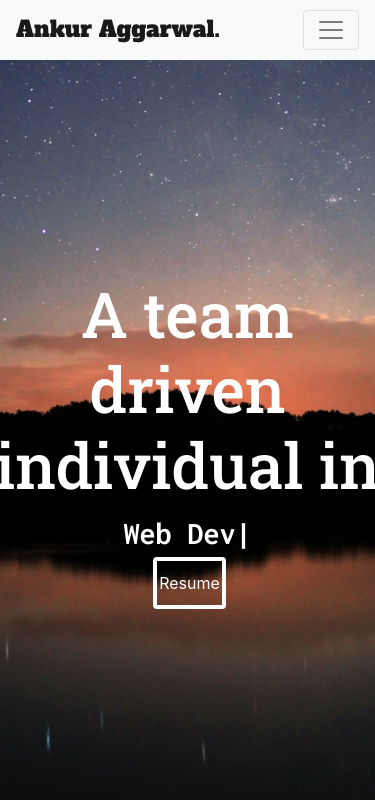
Repository: AnkurDevv/PersonalWebsite
Page: index.html
The author's editor kept a copy of each file at every save. The page is drawn from the files as they stood at one save, then again after the next save.
The browser window is 375 px wide. The pictures show the whole page.
Some web fonts or font styles are not loaded; a fallback is used.

Above is the page before, as saved 2020-09-13 15:10:01.

### index.html
<!DOCTYPE html>
<html>

<head>
  <meta charset="utf-8">
  <meta http-equiv="X-UA-Compatible" content="IE=edge">
  <title>Ankur Aggarwal</title>
  <meta name="description" content="">
  <meta name="viewport" content="width=device-width, initial-scale=1">
  <!-- Importing Bootstrap here -->
  <link rel="stylesheet" href="https://stackpath.bootstrapcdn.com/bootstrap/4.4.1/css/bootstrap.min.css"
    integrity="sha384-Vkoo8x4CGsO3+Hhxv8T/Q5PaXtkKtu6ug5TOeNV6gBiFeWPGFN9MuhOf23Q9Ifjh" crossorigin="anonymous">
  <!--CUSTOM CSS FOR THE PAGE  -->
  <link rel="stylesheet" href="./style/index.css">
  <!-- FOR COOL ANIMATION EFFECTS -->
  <link rel="stylesheet" href="./style/animate.css">
  <!-- FOR COOL TYPING EFFECTS -->
  <script src="https://cdn.jsdelivr.net/npm/typed.js@2.0.11"></script>
  <!-- FOR GOOGLE FONTS - START -->
  <!-- for main heading -->
  <link
    href="https://fonts.googleapis.com/css2?family=Merienda:wght@700&family=Pacifico&family=Roboto&family=Roboto+Slab:wght@500&display=swap"
    rel="stylesheet">
  <!-- For Sub heading -->
  <link
    href="https://fonts.googleapis.com/css2?family=Inconsolata:wght@700&family=Merienda:wght@700&family=Pacifico&family=Roboto&family=Roboto+Slab:wght@500&display=swap"
    rel="stylesheet">
  <!-- For Navbar Logo -->
  <link href="https://fonts.googleapis.com/css2?family=Alfa+Slab+One&display=swap" rel="stylesheet">
  <!-- FOR GOOGLE FONTS - END -->
</head>

<body>
  <header>
    <nav class="navbar navbar-expand-lg navbar-light bg-light">
      <a class="navbar-brand" id="Brand-logo">Ankur Aggarwal.</a>
      <button class="navbar-toggler" type="button" data-toggle="collapse" data-target="#navbarNav"
        aria-controls="navbarNav" aria-expanded="false" aria-label="Toggle navigation">
        <span class="navbar-toggler-icon"></span>
      </button>
      <div class="collapse navbar-collapse" id="navbarNav">
        <ul class="navbar-nav">
          <li class="nav-item active">
            <a class="nav-link" href="#">Home</a>
          </li>
          <li class="nav-item active">
            <a class="nav-link" href="#">About</a>
          </li>
          <!-- <li class="nav-item active">
            <a class="nav-link" href="#">Why Me?</a>
          </li> -->
          <li class="nav-item active">
            <a class="nav-link" href="#">Skills</a>
          </li>
          <li class="nav-item active">
            <a class="nav-link" href="#">Projects</a>
          </li>
          <li class="nav-item active">
            <a class="nav-link" href="#">Contact</a>
          </li>
        </ul>
      </div>
    </nav>


    <!-- FIRST IMPRESSION SECTION - START -->
    <section class="first-impression-section">
      <div class="row first-impression-row">
        <h1 class="text-center animated fadeInDown" id="MainNameHeading">A team driven individual in
        </h1>
      </div>
      <div class="row">
        <h3 id="MainSubHeading">
          <span id="typed" style="white-space:pre;"></span>
          <!-- <span class="typed-cursor typed-cursor--blink">|</span> -->
        </h3>
      </div>
      <div class="row" id="ResumeDiv">
        <form action="https://drive.google.com/file/d/129eEq26ATzqey1-hpHnRXs40bzbBVkSX/view?usp=sharing"
          class="ml-auto mr-auto">
          <button type="submit" class="btn btn-primary" id="ResumeBtn">Resume</button>
        </form>
      </div>
    </section>
    <!-- FIRST IMPRESSION SECTION - END -->


  </header>

  <script>
    // JS FOR COOL TYPING EFFECT USING TYPE.JS -  START
    var options = {
      strings: ['Web Development.', 'Software Engineering.', 'Product Development.'],
      typeSpeed: 100,
      loop: true,
      backDelay: 800,
      backSpeed: 80,
      startDelay: 1000,
    };
    var typed = new Typed('#typed', options);
// JS FOR COOL TYPING EFFECT USING TYPE.JS -  END
  </script>

  <!-- NECESSARY JS FOR BOOTSTRAP - START -->
  <script src="https://code.jquery.com/jquery-3.4.1.slim.min.js"
    integrity="sha384-J6qa4849blE2+poT4WnyKhv5vZF5SrPo0iEjwBvKU7imGFAV0wwj1yYfoRSJoZ+n"
    crossorigin="anonymous"></script>
  <script src="https://cdn.jsdelivr.net/npm/popper.js@1.16.0/dist/umd/popper.min.js"
    integrity="sha384-Q6E9RHvbIyZFJoft+2mJbHaEWldlvI9IOYy5n3zV9zzTtmI3UksdQRVvoxMfooAo"
    crossorigin="anonymous"></script>
  <script src="https://stackpath.bootstrapcdn.com/bootstrap/4.4.1/js/bootstrap.min.js"
    integrity="sha384-wfSDF2E50Y2D1uUdj0O3uMBJnjuUD4Ih7YwaYd1iqfktj0Uod8GCExl3Og8ifwB6"
    crossorigin="anonymous"></script>
  <!-- NECESSARY JS FOR BOOTSTRAP - END -->

  <!-- ADDING JQUERY - START -->
  <script src="https://ajax.googleapis.com/ajax/libs/jquery/3.5.1/jquery.min.js"></script>
  <!-- ADDING JQUERY - END -->

  <!-- CUSTOM JS FOR THE PAGE - START  -->
  <script src="index.js"></script>
  <!-- CUSTOM JS FOR THE PAGE - END  -->
</body>

</html>

### style/index.css
body{
  margin-left: 0;
  margin-right: 0;
}

/* NAVBAR CSS - START */

#Brand-logo{
  font-family: 'Alfa Slab One', cursive;
  font-size: 270%;
}

.navbar-nav{
  margin-left: auto;
}

.nav-link{
  font-size: 155%;
  font-weight: 700;
  padding: 2vw!important;
}

@media only screen and (max-width: 992px) {
  .nav-link{
    text-align: center;
  }
}

@media only screen and (max-width: 600px) {

  #Brand-logo{
    font-size: 140%;
  }

  .navbar-nav{
    height: 100vh;
  }

  .nav-link{
    margin: 5vh auto;
  }

}

/* NAVBAR CSS - END */

/* FIRST IMPRESSION SECTION CSS - START */
header{
  height: 100vh; /* Takes 100% of the screen size */
  background-image:url(../images/sunset_skyline_lake_reflection_114025_1920x1080.jpg);
  -webkit-background-size: cover;
  background-position: center;
  overflow: hidden;
}

#MainNameHeading{
  margin: 0 auto;
  margin-top: 27vh;
  font-size: 395%;
  color: white;
  font-family: 'Roboto Slab', serif;
  padding-bottom: 3%;
}

#MainSubHeading{
  margin: 0 auto;
  color: white;
  text-align: -webkit-center;
  font-family: 'Inconsolata', monospace;
  font-size: xx-large;
}

#ResumeBtn{
  margin: 5% auto;
  padding: 10px 3%;
  background-color: transparent;
  border: 4px solid white;
}
/* FIRST IMPRESSION SECTION CSS - ENDS */

### index.js
// CHANGING NAVBAR COLOR WHEN A USER HOVERS OVER A LINK
$(document).ready(function () {

  // makes nav transparent when user hovers on a link
  $(".nav-link").hover(function () {
    $('.navbar').addClass('bg-dark').removeClass('bg-light');
    $('#Brand-logo').css("color", "white");
    $('.nav-link').css("color", "white");
    $('.navbar-toggler').css("color", "white");
  });

  // makes nav non-transparent when user hovers on a link
  $(".navbar").mouseleave(function () {
    $('.navbar').addClass('bg-light').removeClass('bg-dark');
    $('#Brand-logo').css("color", "black");
    $('.nav-link').css("color", "black");
    $('.navbar-toggler').css("color", "black");
  });

});

Loaded but not shown: style/animate.css (library)

After the next save:
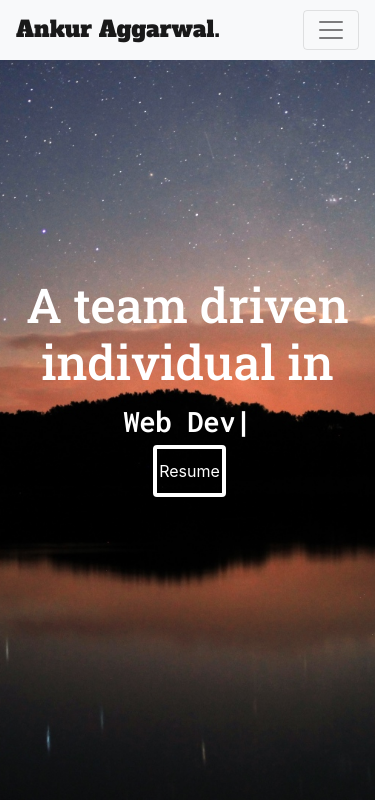
Saved 86 s later.
--- a/style/index.css
+++ b/style/index.css
@@ -76,4 +76,10 @@ header{
   background-color: transparent;
   border: 4px solid white;
 }
+
+@media only screen and (max-width: 600px) {
+  #MainNameHeading{
+    font-size: 300%;
+  }
+}
 /* FIRST IMPRESSION SECTION CSS - ENDS */
